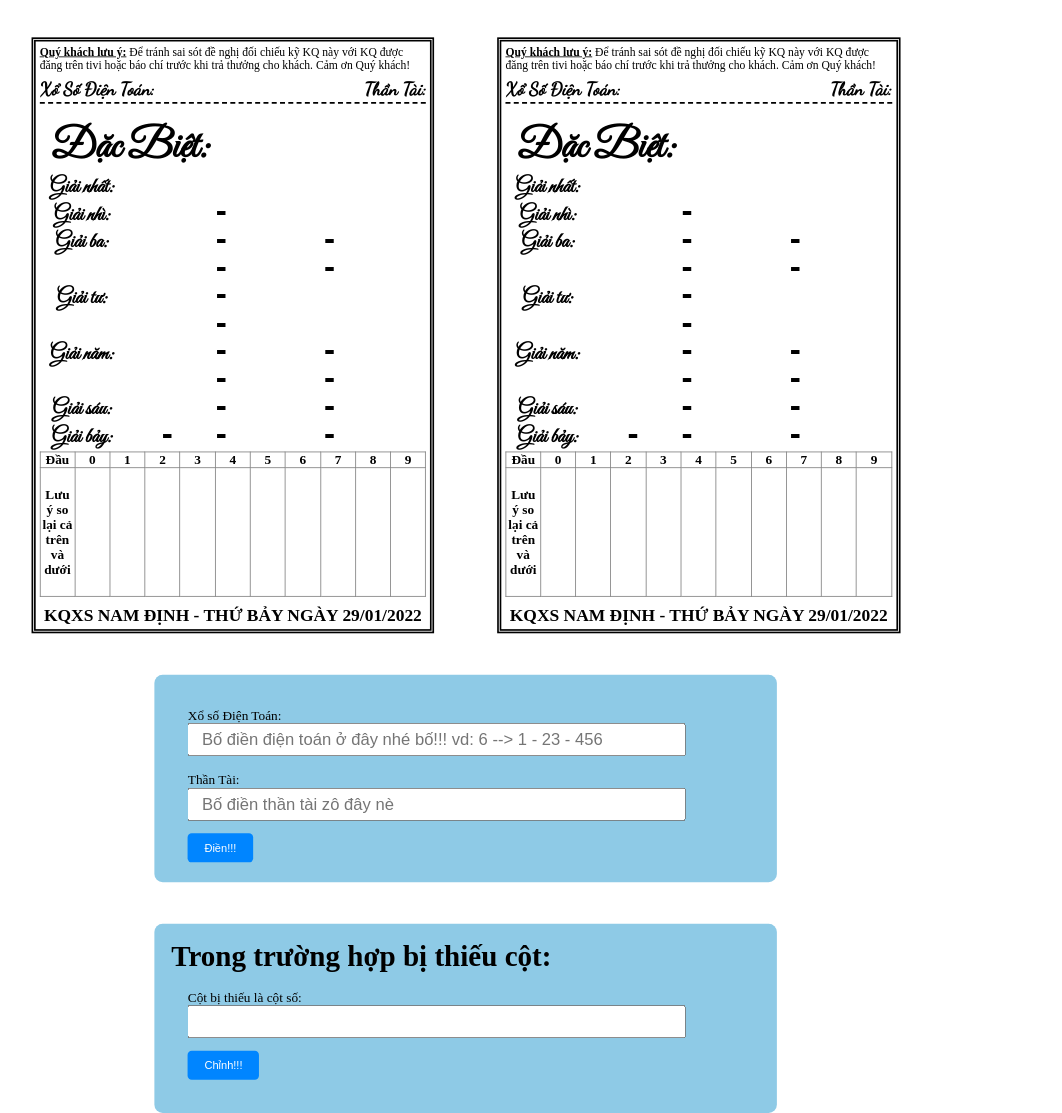
Repository: AnhDuc0125/xskt123
Page: index.html
An editor plug-in stored every save of this project. The page is shown before and after the next save, followed by the edit.
The browser window is 1280 px wide. The pictures show the whole page, at 83% of full size.
The page's requests for data from a server got no answer. Some web fonts or font styles are not loaded; a fallback is used.

Above is the page before, as saved 2022-01-29 23:31:27.

### index.html
<!DOCTYPE html>
<html lang="en">
  <head>
    <meta charset="UTF-8" />
    <meta http-equiv="X-UA-Compatible" content="IE=edge" />
    <meta name="viewport" content="width=device-width, initial-scale=1.0" />
    <link rel="stylesheet" href="style.css" />
    <title>Document</title>
  </head>
  <body>
    <div class="boxed__container">
      <div class="boxed--1">
        <div class="header">
          <div class="header--1">
            <b><u>Quý khách lưu ý:</u></b> Để tránh sai sót đề nghị đối chiếu kỹ
            KQ này với KQ được đăng trên tivi hoặc báo chí trước khi trả thưởng
            cho khách. Cảm ơn Quý khách!
          </div>
          <div class="header--2">
            <div class="dienToan">
              Xổ Số Điện Toán:
              <span class="data__dienToan"></span>
            </div>
            <div class="thanTai">
              Thần Tài: <span class="data__thanTai"></span>
            </div>
          </div>
        </div>

        <div class="body">
          <div class="body--1">
            <div class="dacBiet">
              Đặc Biệt:
              <span id="data__dacBiet" class="data__body--1"></span>
            </div>
          </div>
          <div class="body--2">
            <!-- row1 -->
            <div class="body__item body__name">Giải nhất:</div>
            <div class="body__item data__body--1"></div>
            <div class="body__item"></div>
            <div class="body__item"></div>
            <div class="body__item"></div>
            <div class="body__item"></div>
            <!-- row2 -->
            <div class="body__item body__name">Giải nhì:</div>
            <div class="body__item data__body--1"></div>
            <div class="body__item space">-</div>
            <div class="body__item data__body--1"></div>
            <div class="body__item"></div>
            <div class="body__item"></div>
            <!-- row3 -->
            <div class="body__item body__name">Giải ba:</div>
            <div class="body__item data__body--1"></div>
            <div class="body__item space">-</div>
            <div class="body__item data__body--1"></div>
            <div class="body__item space">-</div>
            <div class="body__item data__body--1"></div>
            <!-- row4 -->
            <div class="body__item"></div>
            <div class="body__item data__body--1"></div>
            <div class="body__item space">-</div>
            <div class="body__item data__body--1"></div>
            <div class="body__item space">-</div>
            <div class="body__item data__body--1"></div>
            <!-- row5 -->
            <div class="body__item body__name">Giải tư:</div>
            <div class="body__item data__body--1"></div>
            <div class="body__item space">-</div>
            <div class="body__item data__body--1"></div>
            <div class="body__item"></div>
            <div class="body__item"></div>
            <!-- row6 -->
            <div class="body__item"></div>
            <div class="body__item data__body--1"></div>
            <div class="body__item space">-</div>
            <div class="body__item data__body--1"></div>
            <div class="body__item"></div>
            <div class="body__item"></div>
            <!-- row7 -->
            <div class="body__item body__name">Giải năm:</div>
            <div class="body__item data__body--1"></div>
            <div class="body__item space">-</div>
            <div class="body__item data__body--1"></div>
            <div class="body__item space">-</div>
            <div class="body__item data__body--1"></div>
            <!-- row8 -->
            <div class="body__item"></div>
            <div class="body__item data__body--1"></div>
            <div class="body__item space">-</div>
            <div class="body__item data__body--1"></div>
            <div class="body__item space">-</div>
            <div class="body__item data__body--1"></div>
            <!-- row9 -->
            <div class="body__item body__name">Giải sáu:</div>
            <div class="body__item data__body--1"></div>
            <div class="body__item space">-</div>
            <div class="body__item data__body--1"></div>
            <div class="body__item space">-</div>
            <div class="body__item data__body--1"></div>
            <!-- row10 -->
            <div class="body__item body__name">Giải bảy:</div>
            <div class="body__item">
              <span class="data__body--1"></span>
              <span class="space">-</span>
              <span class="data__body--1"></span>
            </div>
            <div class="body__item space">-</div>
            <div class="body__item data__body--1"></div>
            <div class="body__item space">-</div>
            <div class="body__item data__body--1"></div>
          </div>
        </div>

        <div class="footer">
          <div class="footer--1">
            <table border="1">
              <thead>
                <tr>
                  <th class="title__table">Đầu</th>
                  <th class="cols__title">0</th>
                  <th class="cols__title">1</th>
                  <th class="cols__title">2</th>
                  <th class="cols__title">3</th>
                  <th class="cols__title">4</th>
                  <th class="cols__title">5</th>
                  <th class="cols__title">6</th>
                  <th class="cols__title">7</th>
                  <th class="cols__title">8</th>
                  <th class="cols__title">9</th>
                </tr>
              </thead>
              <tbody>
                <tr>
                  <th>Lưu ý so lại cả trên và dưới</th>
                  <th class="cols">
                    <ul id="data__0--1"></ul>
                  </th>
                  <th class="cols">
                    <ul id="data__1--1"></ul>
                  </th>
                  <th class="cols">
                    <ul id="data__2--1"></ul>
                  </th>
                  <th class="cols">
                    <ul id="data__3--1"></ul>
                  </th>
                  <th class="cols">
                    <ul id="data__4--1"></ul>
                  </th>
                  <th class="cols">
                    <ul id="data__5--1"></ul>
                  </th>
                  <th class="cols">
                    <ul id="data__6--1"></ul>
                  </th>
                  <th class="cols">
                    <ul id="data__7--1"></ul>
                  </th>
                  <th class="cols">
                    <ul id="data__8--1"></ul>
                  </th>
                  <th class="cols">
                    <ul id="data__9--1"></ul>
                  </th>
                </tr>
              </tbody>
            </table>
          </div>
          <div class="footer--2" id="data__footer--1"></div>
        </div>
      </div>
      <div class="boxed--2">
        <div class="header">
          <div class="header--1">
            <b><u>Quý khách lưu ý:</u></b> Để tránh sai sót đề nghị đối chiếu kỹ
            KQ này với KQ được đăng trên tivi hoặc báo chí trước khi trả thưởng
            cho khách. Cảm ơn Quý khách!
          </div>
          <div class="header--2">
            <div class="dienToan">
              Xổ Số Điện Toán:
              <span class="data__dienToan"></span>
            </div>
            <div class="thanTai">
              Thần Tài: <span class="data__thanTai"></span>
            </div>
          </div>
        </div>

        <div class="body">
          <div class="body--1">
            <div class="dacBiet">
              Đặc Biệt:
              <span id="data__dacBiet" class="data__body--2"></span>
            </div>
          </div>
          <div class="body--2">
            <!-- row1 -->
            <div class="body__item body__name">Giải nhất:</div>
            <div class="body__item data__body--2"></div>
            <div class="body__item"></div>
            <div class="body__item"></div>
            <div class="body__item"></div>
            <div class="body__item"></div>
            <!-- row2 -->
            <div class="body__item body__name">Giải nhì:</div>
            <div class="body__item data__body--2"></div>
            <div class="body__item space">-</div>
            <div class="body__item data__body--2"></div>
            <div class="body__item"></div>
            <div class="body__item"></div>
            <!-- row3 -->
            <div class="body__item body__name">Giải ba:</div>
            <div class="body__item data__body--2"></div>
            <div class="body__item space">-</div>
            <div class="body__item data__body--2"></div>
            <div class="body__item space">-</div>
            <div class="body__item data__body--2"></div>
            <!-- row4 -->
            <div class="body__item"></div>
            <div class="body__item data__body--2"></div>
            <div class="body__item space">-</div>
            <div class="body__item data__body--2"></div>
            <div class="body__item space">-</div>
            <div class="body__item data__body--2"></div>
            <!-- row5 -->
            <div class="body__item body__name">Giải tư:</div>
            <div class="body__item data__body--2"></div>
            <div class="body__item space">-</div>
            <div class="body__item data__body--2"></div>
            <div class="body__item"></div>
            <div class="body__item"></div>
            <!-- row6 -->
            <div class="body__item"></div>
            <div class="body__item data__body--2"></div>
            <div class="body__item space">-</div>
            <div class="body__item data__body--2"></div>
            <div class="body__item"></div>
            <div class="body__item"></div>
            <!-- row7 -->
            <div class="body__item body__name">Giải năm:</div>
            <div class="body__item data__body--2"></div>
            <div class="body__item space">-</div>
            <div class="body__item data__body--2"></div>
            <div class="body__item space">-</div>
            <div class="body__item data__body--2"></div>
            <!-- row8 -->
            <div class="body__item"></div>
            <div class="body__item data__body--2"></div>
            <div class="body__item space">-</div>
            <div class="body__item data__body--2"></div>
            <div class="body__item space">-</div>
            <div class="body__item data__body--2"></div>
            <!-- row9 -->
            <div class="body__item body__name">Giải sáu:</div>
            <div class="body__item data__body--2"></div>
            <div class="body__item space">-</div>
            <div class="body__item data__body--2"></div>
            <div class="body__item space">-</div>
            <div class="body__item data__body--2"></div>
            <!-- row10 -->
            <div class="body__item body__name">Giải bảy:</div>
            <div class="body__item">
              <span class="data__body--2"></span>
              <span class="space">-</span>
              <span class="data__body--2"></span>
            </div>
            <div class="body__item space">-</div>
            <div class="body__item data__body--2"></div>
            <div class="body__item space">-</div>
            <div class="body__item data__body--2"></div>
          </div>
        </div>

        <div class="footer">
          <div class="footer--1">
            <table border="1">
              <thead>
                <tr>
                  <th class="title__table">Đầu</th>
                  <th class="cols__title">0</th>
                  <th class="cols__title">1</th>
                  <th class="cols__title">2</th>
                  <th class="cols__title">3</th>
                  <th class="cols__title">4</th>
                  <th class="cols__title">5</th>
                  <th class="cols__title">6</th>
                  <th class="cols__title">7</th>
                  <th class="cols__title">8</th>
                  <th class="cols__title">9</th>
                </tr>
              </thead>
              <tbody>
                <tr>
                  <th>Lưu ý so lại cả trên và dưới</th>
                  <th class="cols">
                    <ul id="data__0--2"></ul>
                  </th>
                  <th class="cols">
                    <ul id="data__1--2"></ul>
                  </th>
                  <th class="cols">
                    <ul id="data__2--2"></ul>
                  </th>
                  <th class="cols">
                    <ul id="data__3--2"></ul>
                  </th>
                  <th class="cols">
                    <ul id="data__4--2"></ul>
                  </th>
                  <th class="cols">
                    <ul id="data__5--2"></ul>
                  </th>
                  <th class="cols">
                    <ul id="data__6--2"></ul>
                  </th>
                  <th class="cols">
                    <ul id="data__7--2"></ul>
                  </th>
                  <th class="cols">
                    <ul id="data__8--2"></ul>
                  </th>
                  <th class="cols">
                    <ul id="data__9--2"></ul>
                  </th>
                </tr>
              </tbody>
            </table>
          </div>
          <div class="footer--2" id="data__footer--2"></div>
        </div>
      </div>
    </div>
    <div class="ask">
      <div class="form__group">
        <label class="label__control">Xổ số Điện Toán:</label>
        <input
          type="number"
          class="form__control input__dienToan"
          oninput="javascript: if (this.value.length > this.maxLength) this.value = this.value.slice(0, this.maxLength);"
          maxlength="6"
          placeholder="Bố điền điện toán ở đây nhé bố!!! vd: 6 --> 1 - 23 - 456"
        />
      </div>
      <div class="form__group">
        <form id="form_thanTai">
          <label for="" class="label__control">Thần Tài:</label>
          <input
            type="number"
            class="form__control input__thanTai"
            oninput="javascript: if (this.value.length > this.maxLength) this.value = this.value.slice(0, this.maxLength);"
            maxlength="4"
            placeholder="Bố điền thần tài zô đây nè"
          />
          <button onclick="showData()">Điền!!!</button>
        </form>
      </div>
    </div>
    <div class="custom_box">
      <strong style="font-size: 35px">Trong trường hợp bị thiếu cột:</strong>
      <div class="form__group">
        <form id="form_custom">
          <div class="label__control">Cột bị thiếu là cột số:</div>
          <input
            type="number"
            class="form__control"
            id="input__custom--column"
            oninput="javascript: if (this.value.length > this.maxLength) this.value = this.value.slice(0, this.maxLength);"
            maxlength="1"
          />
          <button onclick="customColumn()">Chỉnh!!!</button>
        </form>
      </div>
    </div>
  </body>
  <script src="app.js"></script>
</html>

### style.css
@import url("https://fonts.googleapis.com/css2?family=Great+Vibes&display=swap");
@import url("https://fonts.googleapis.com/css2?family=Dancing+Script&display=swap");
@import url("https://fonts.googleapis.com/css2?family=Andada+Pro:ital,wght@1,800&display=swap");

* {
  margin: 0;
  padding: 0;
  box-sizing: border-box;
}

body {
  width: 29.7cm;
  height: 21cm;
  font-family: ".VNTime";
}

.boxed__container {
  width: 27.7cm;
  height: 19cm;
  margin: 1.2cm 1cm 0.8cm;
  display: grid;
  grid-template-columns: 12.85cm 12.85cm;
  grid-template-rows: 19cm;
  column-gap: 2cm;
}

.boxed--1,
.boxed--2 {
  width: 12.85cm;
  height: 19cm;
  padding: 5px;
  border: 5px double black;
}

/* header css*/
.header {
  width: 100%;
  height: 10%;
  border-bottom: 2px dashed black;
}

.header--1 {
  font-size: 14px;
}

.header--2 {
  font-family: "Dancing Script", cursive;
  font-weight: bold;
  font-size: 22px;
  display: flex;
  justify-content: space-between;
}

/* data css */
.data__body--1,
.data__body--2,
.data__dienToan,
.data__thanTai {
  font-family: arial;
  font-size: 30px;
}

#data__dacBiet {
  font-size: 70px;
}

.space {
  font-family: Arial, Helvetica, sans-serif;
  font-size: 40px;
  transform: translateY(-5px);
}

.data__body--1,
.data__body--2 {
  margin-right: 5px;
}

/* body css*/
.body {
  width: 100%;
  height: 60%;
  font-family: "Great Vibes", cursive;
  font-weight: bold;
}

.body--1 {
  width: 100%;
  height: 20%;
  display: flex;
  align-items: center;
}

.body--1 .dacBiet {
  font-size: 50px;
  margin-left: 15px;
}

.body--2 {
  width: 100%;
  height: 80%;
  display: grid;
  grid-template-columns: 22% 22% 6% 22% 6% 22%;
  grid-template-rows: 10% 10% 10% 10% 10% 10% 10% 10% 10% 10%;
}

.body--2 .body__item {
  display: flex;
  justify-content: center;
  align-items: center;
}

.body--2 .body__item.body__name {
  font-size: 25px;
}

.body--2 .body__item.data__body--1,
.body--2 .body__item.data__body--2 {
  justify-content: right;
}

.footer {
  width: 100%;
  height: 30%;
}

.footer--1 {
  width: 100%;
  height: 175px;
}

.footer table {
  width: 100%;
  height: 100%;
  border-collapse: collapse;
}

ul {
  list-style-type: none;
}

li {
  font-size: 18px;
}

th.cols__title {
  width: 46.19px;
}

th.cols {
  vertical-align: top;
  height: 137.07px;
}

.title__table {
  width: 9%;
}

.footer--2 {
  width: 100%;
  height: 25%;
  font-family: "Andada Pro", serif;
  font-weight: bolder;
  font-size: 21px;
  text-align: center;
  transform: translateY(10px);
}

.ask {
  width: 750px;
  height: 250px;
  padding: 20px;
  margin: 0 auto;
  border-radius: 10px;
  border: none;
  color: black;
  background-color: #8ecae6;
  margin-top: 50px;
}

.custom_box {
  width: 750px;
  height: fit-content;
  padding: 20px;
  margin: 0 auto;
  border-radius: 10px;
  border: none;
  color: black;
  background-color: #8ecae6;
  margin-top: 50px;
}

.form__group {
  margin: 20px;
}

label {
  display: block;
}

input::-webkit-outer-spin-button,
input::-webkit-inner-spin-button {
  -webkit-appearance: none;
  margin: 0;
}

.form__control {
  width: 600px;
  height: 40px;
  padding: 15px;
  font-size: 20px;
}

button {
  display: block;
  padding: 10px 20px;
  background-color: #0085ff;
  border-radius: 5px;
  border: none;
  color: white;
  cursor: pointer;
  margin-top: 15px;
}

Loaded but not shown: app.js (234 lines, source omitted)

After the next save:
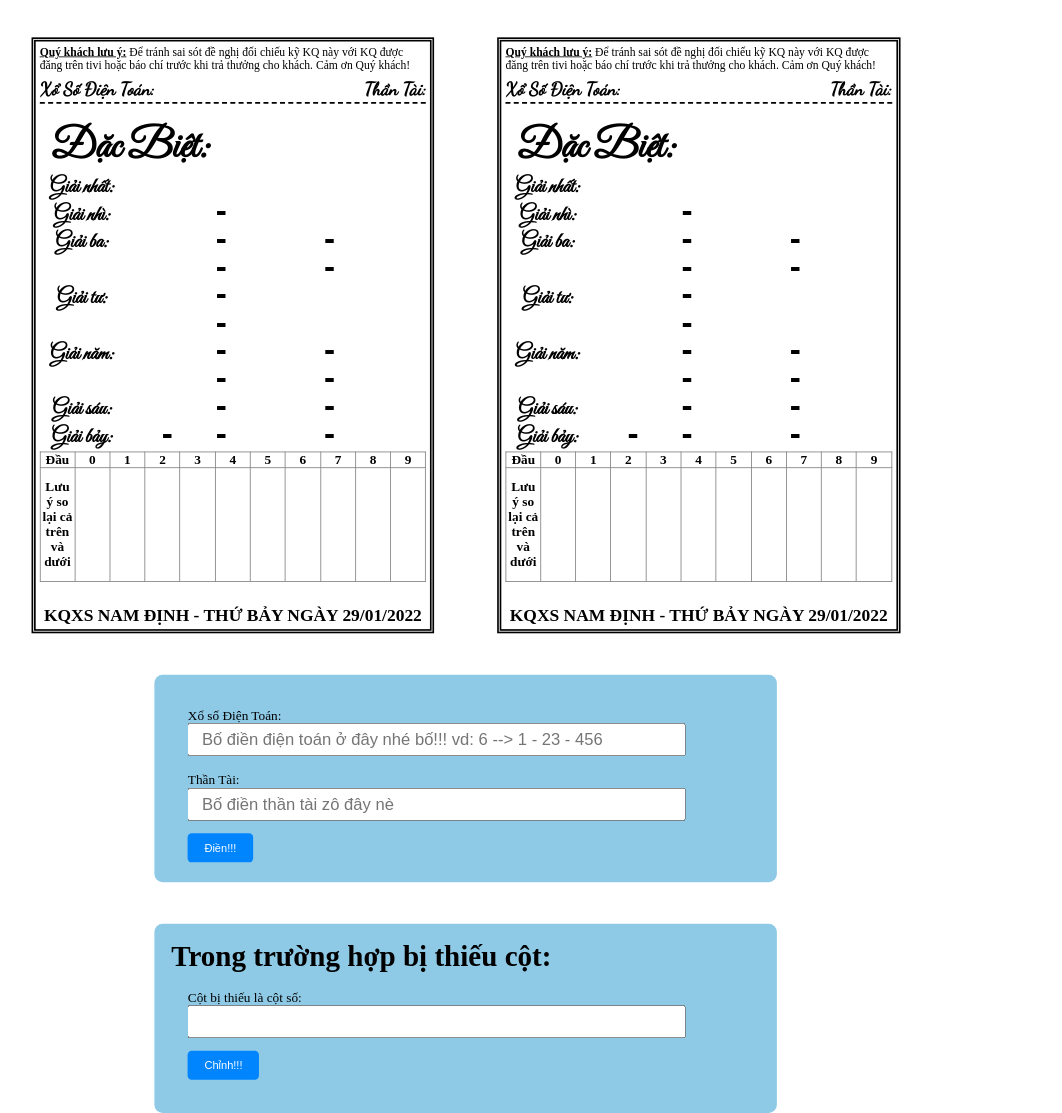
Saved 45 s later.
--- a/style.css
+++ b/style.css
@@ -125,7 +125,7 @@
 
 .footer--1 {
   width: 100%;
-  height: 175px;
+  min-height: 175px;
 }
 
 .footer table {

After the save that followed:
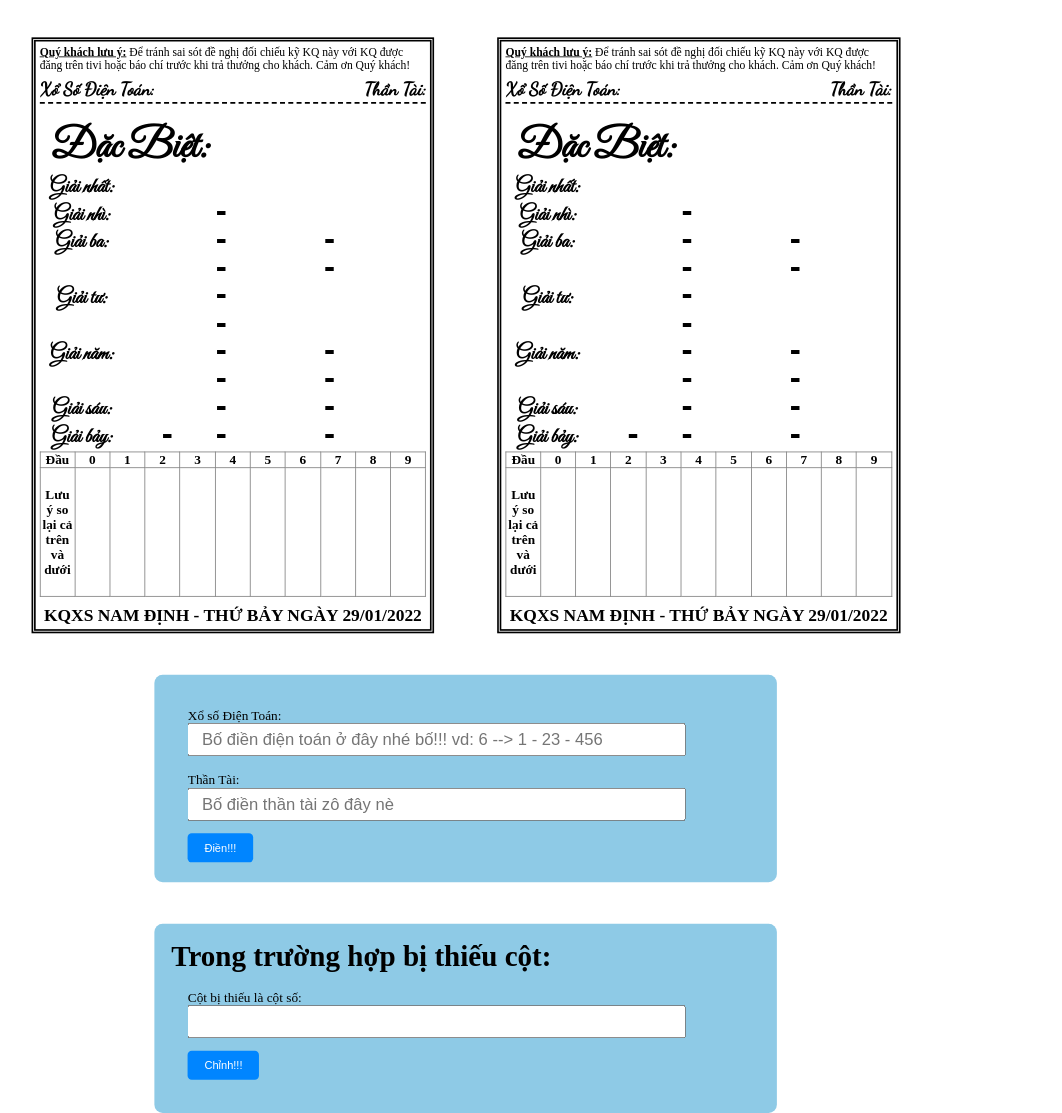
Saved 28 s later.
--- a/style.css
+++ b/style.css
@@ -125,13 +125,14 @@
 
 .footer--1 {
   width: 100%;
-  min-height: 175px;
+  height: 175px;
 }
 
 .footer table {
   width: 100%;
   height: 100%;
   border-collapse: collapse;
+  min-height: 175px;
 }
 
 ul {
